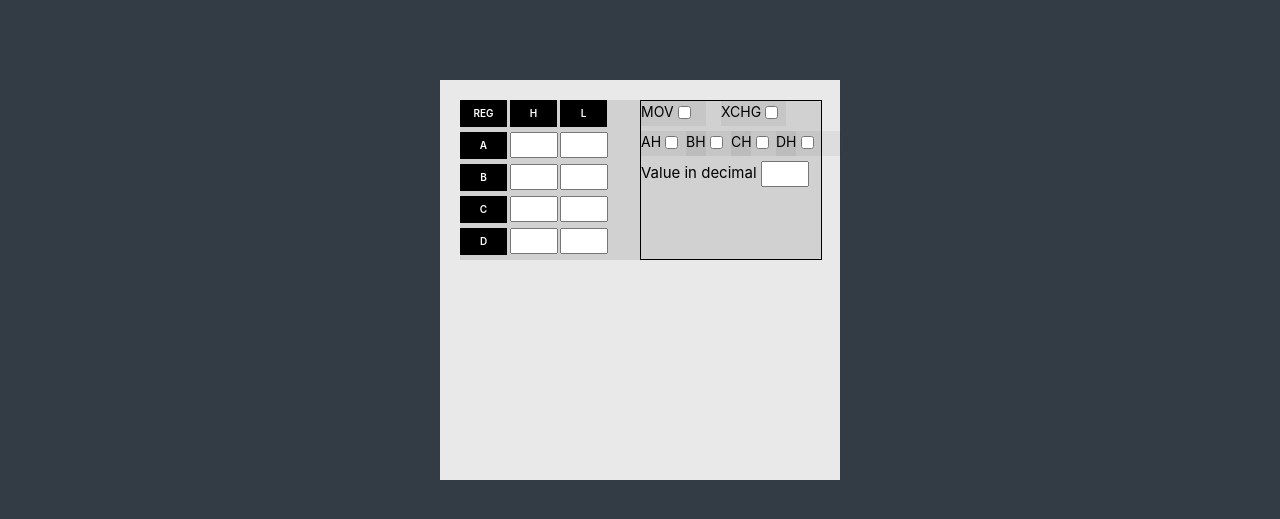
Repository: piookr-wsei/8086
Page: /
The author's editor kept a copy of each file at every save. The page is drawn from the files as they stood at one save, then again after the next save.
The browser window is 1280 px wide. The pictures show the whole page.
The project was rebuilt for these pictures with package versions that can differ from the ones it lists, and the page was loaded fresh each time.

Above is the page before, as saved 2022-06-18 21:31:24.

After the next save:
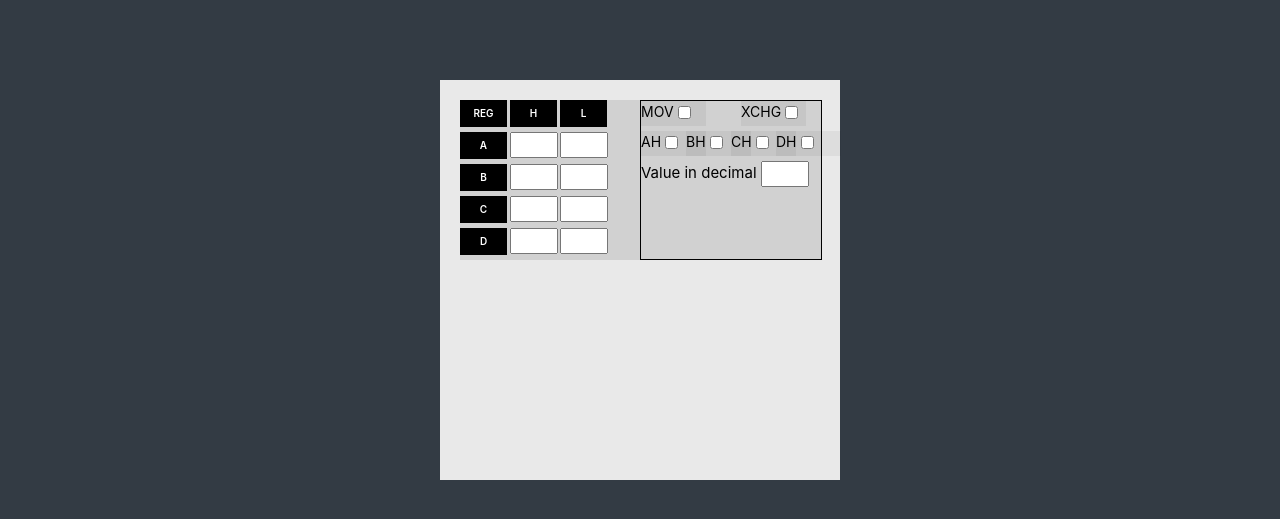
Saved 24 s later.
--- a/src/App.js
+++ b/src/App.js
@@ -36,7 +36,7 @@ function OpChange(){
         MOV
         <OpBox type="checkbox"  checked={movChecked} onClick={() => HandleCheck(mov)} id="MOV"/>
       </CheckWrapper>
-      <CheckWrapper style={{left:"10px"}}>
+      <CheckWrapper style={{position:"relative", left:"20px"}}>
         XCHG
         <OpBox type="checkbox" checked={xchgChecked} onChange={() => HandleCheck(xchg)} id="XCHG" name="XCHG"/>
       </CheckWrapper>
